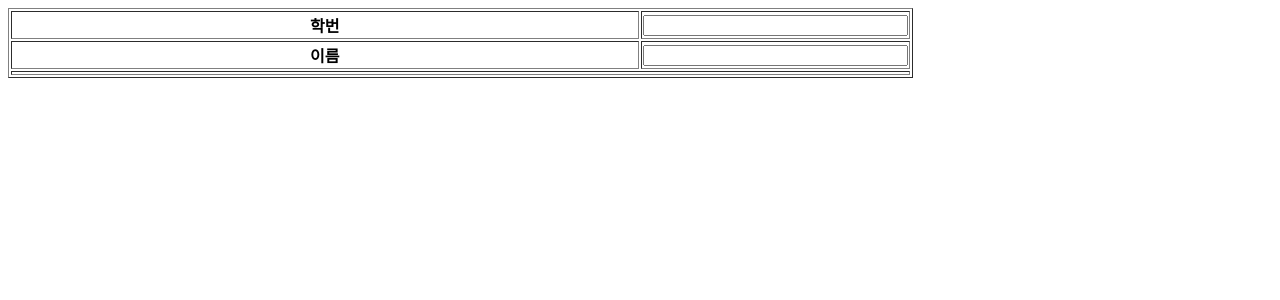
Repository: cccf777/-
Page: http://localhost/hrd0422/junhbo/hakDelete.jsp
An editor plug-in stored every save of this project. The page is shown before and after a run of saves, followed by the edit.
The browser window is 1280 px wide. The pictures show the whole page.
The page is served by Tomcat 9.

Above is the page before, as saved 2021-04-26 03:31:00.

### workspace/hrd0422/src/main/webapp/junhbo/hakDelete.jsp
<%@ page language="java" contentType="text/html; charset=UTF-8"
    pageEncoding="UTF-8"%>
<!DOCTYPE html>
<html>
<head>
<meta charset="UTF-8">
<title>Insert title here</title>
</head>
<body>
<form name=form method=post action="hakDeleteProcess.jsp">
<table border=1>
	<tr>
		<th>학번</th>
		<td width=30%><input type=text name=id size=30 id=in></td>
	</tr>
	<tr>
		<th>이름</th>
		<td><input type=text name=name size=30 id=in>
	</tr>
	<tr>
		<td colspan=2 align=center>



	</tr>
</table>
</form>
</body>
</html>

After the next 2 saves:
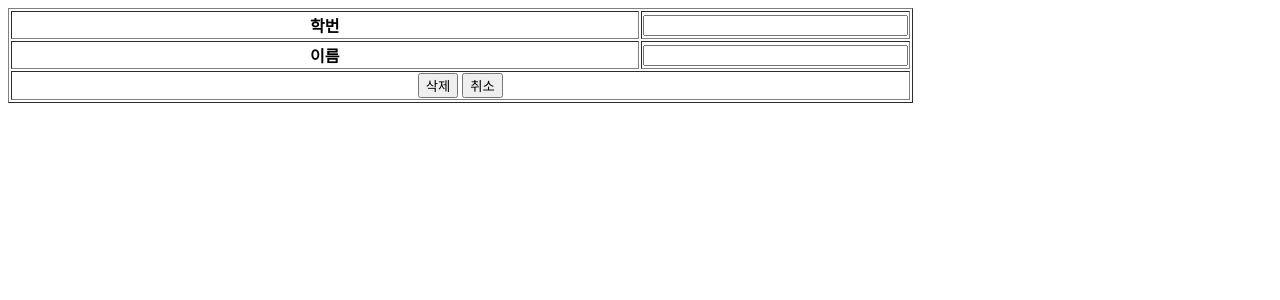
The 2 saves are shown as one change because they came seconds apart.
The last was saved 104 s later.
--- a/workspace/hrd0422/src/main/webapp/junhbo/hakDelete.jsp
+++ b/workspace/hrd0422/src/main/webapp/junhbo/hakDelete.jsp
@@ -19,9 +19,8 @@
 	</tr>
 	<tr>
 		<td colspan=2 align=center>
-
-
-
+		<input type=submit value="삭제">
+		<input type=reset value="취소">
 	</tr>
 </table>
 </form>
